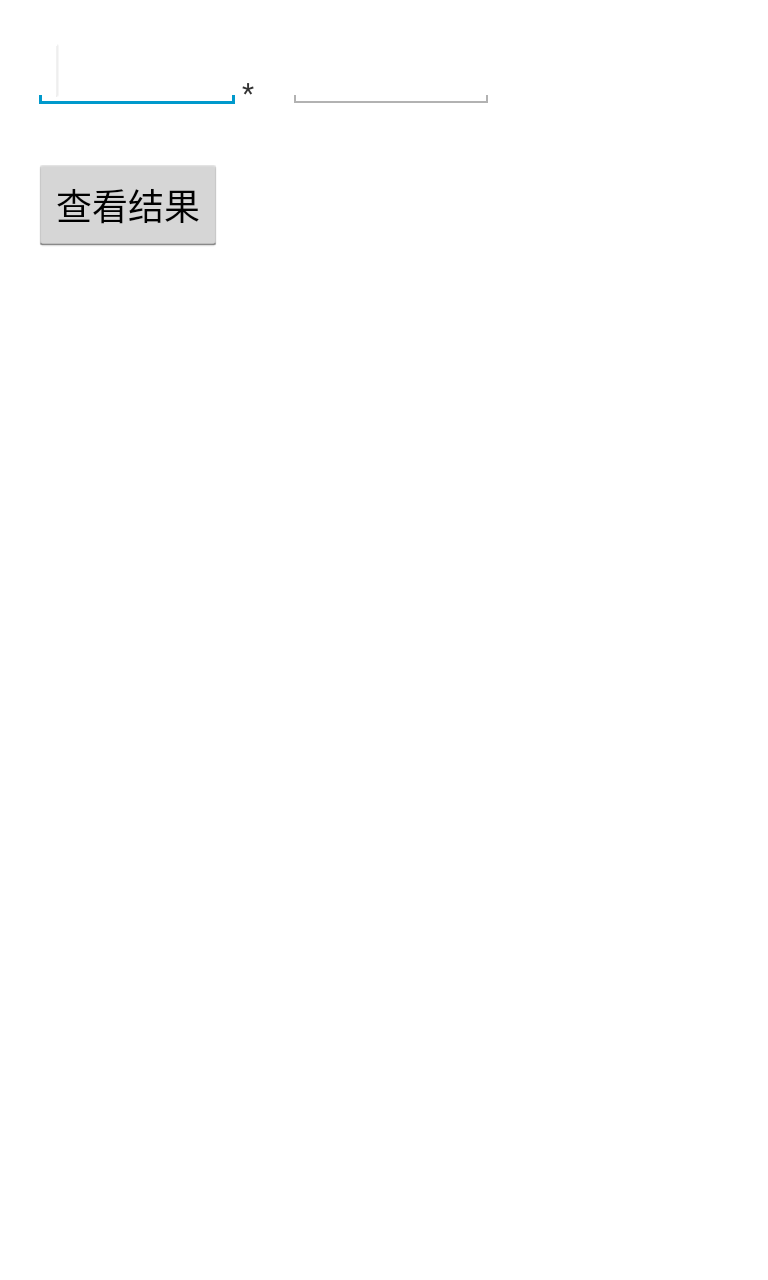
Repository: 729517723/AndroidProject
Layout: Activity_03_contrl/res/layout/activity_main.xml
These files come from the project's save history. The layout is drawn as it stood at one moment and after the next save; the edit follows.
It is drawn on a 768 x 1280 px phone screen (xhdpi) without system bars, with theme AppTheme; the app's code is not run.

Above is the layout before, as saved 2016-08-15 16:17:40.

### Activity_03_contrl/res/layout/activity_main.xml
<RelativeLayout xmlns:android="http://schemas.android.com/apk/res/android"
    xmlns:tools="http://schemas.android.com/tools"
    android:layout_width="match_parent"
    android:layout_height="match_parent"
    android:paddingBottom="@dimen/activity_vertical_margin"
    android:paddingLeft="@dimen/activity_horizontal_margin"
    android:paddingRight="@dimen/activity_horizontal_margin"
    android:paddingTop="@dimen/activity_vertical_margin"
    tools:context="com.example.activity_03_contrl.MainActivity" >

    <EditText
        android:id="@+id/editText1"
        android:layout_width="wrap_content"
        android:layout_height="wrap_content"
        android:ems="5" >

        <requestFocus />
    </EditText>

    <TextView
        android:id="@+id/textView1"
        android:layout_width="wrap_content"
        android:layout_height="wrap_content"
        android:layout_alignBottom="@+id/editText1"
        android:layout_toRightOf="@+id/editText1"
        android:text="*" />

    <EditText
        android:id="@+id/editText2"
        android:layout_width="wrap_content"
        android:layout_height="wrap_content"
        android:layout_alignBottom="@+id/textView1"
        android:layout_marginLeft="16dp"
        android:layout_toRightOf="@+id/textView1"
        android:ems="5" />

    <Button
        android:id="@+id/button1"
        android:layout_width="wrap_content"
        android:layout_height="wrap_content"
        android:layout_alignLeft="@+id/editText1"
        android:layout_below="@+id/editText1"
        android:layout_marginTop="23dp"
        android:text="查看结果" />

</RelativeLayout>

Loaded but not shown: Activity_03_contrl/res/values/styles.xml (common file); Activity_03_contrl/res/values-v11/styles.xml (common file); Activity_03_contrl/res/values-v14/styles.xml (common file); Activity_03_contrl/res/values/dimens.xml (common file); Activity_03_contrl/res/values-w820dp/dimens.xml (common file)

After the next save:
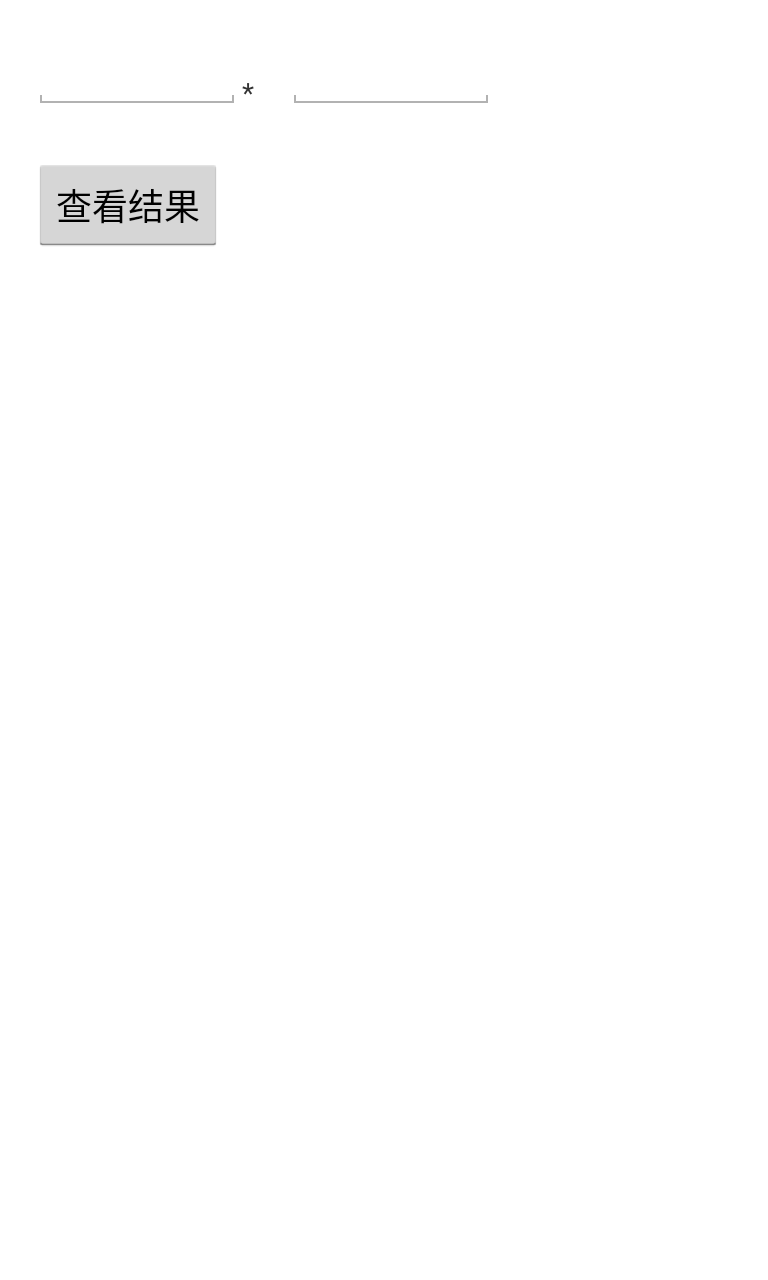
Saved 2 min 32 s later.
--- a/Activity_03_contrl/res/layout/activity_main.xml
+++ b/Activity_03_contrl/res/layout/activity_main.xml
@@ -12,10 +12,9 @@
         android:id="@+id/editText1"
         android:layout_width="wrap_content"
         android:layout_height="wrap_content"
-        android:ems="5" >
+        android:ems="5" />
 
-        <requestFocus />
-    </EditText>
+
 
     <TextView
         android:id="@+id/textView1"
